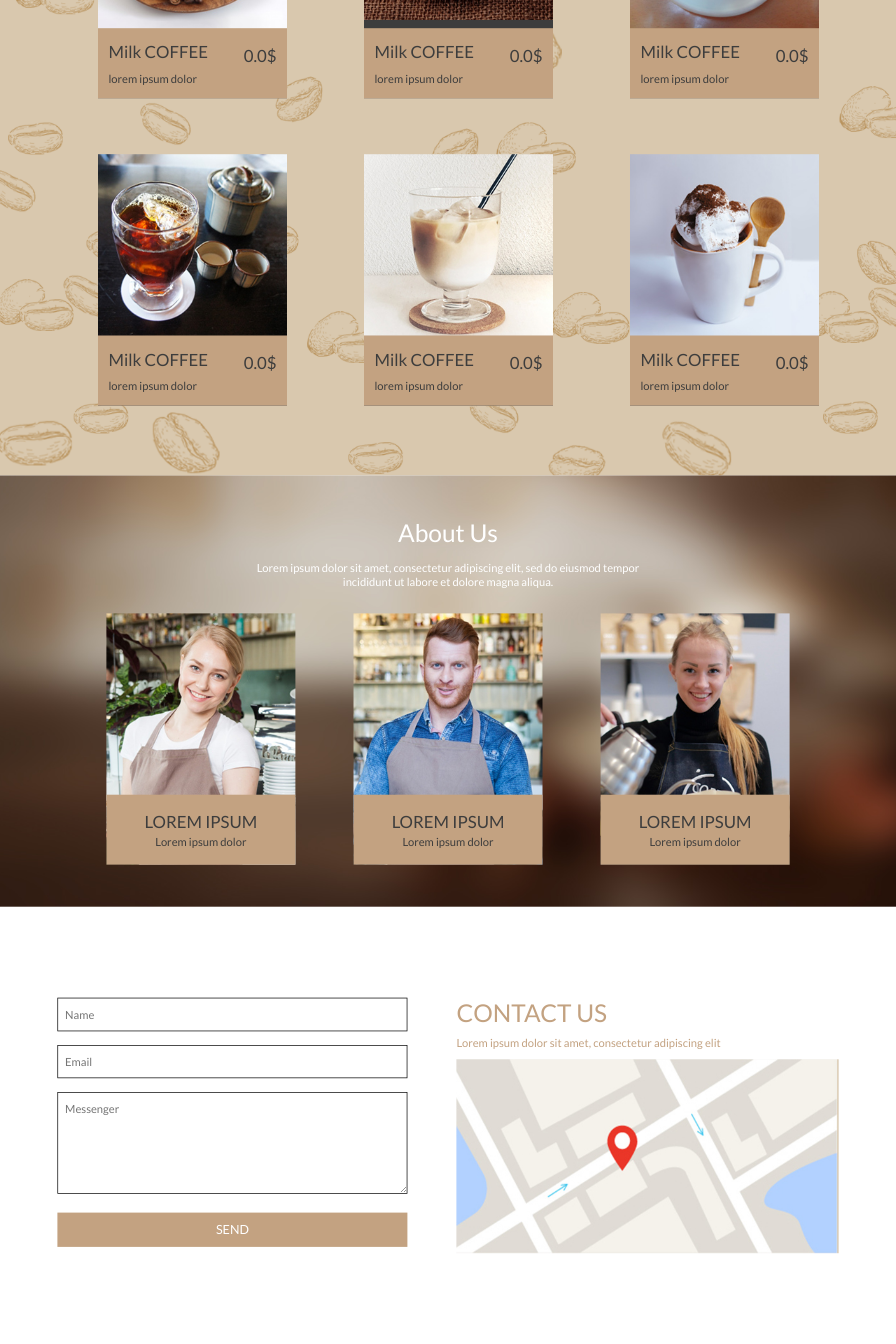
Repository: kuluong2000/coffe
Page: index.html
These files come from the project's save history. The page is drawn as it stood at one moment and after the next save; the edit follows.
The browser window is 1280 px wide. The pictures show the part of the page from y = 1676 to 3596 px (the page is 3596 px tall), at 70% of full size.

Above is the page before, as saved 2021-10-04 23:11:32.

### index.html
<!DOCTYPE html>
<html lang="en">
  <head>
    <meta charset="UTF-8" />
    <meta http-equiv="X-UA-Compatible" content="IE=edge" />
    <meta name="viewport" content="width=device-width, initial-scale=1.0" />
    <link rel="stylesheet" href="./libs/css/bootstrap.min.css" />
    <link rel="stylesheet" href="./libs/css/animate.css" />
    <link rel="stylesheet" href="./libs/css/slick-theme.css" />
    <link rel="stylesheet" href="./libs/css/slick.css" />
    <link rel="stylesheet" href="./Assets/css/reset.css" />
    <link rel="stylesheet" href="./Assets/css/style.css" />
    <link rel="stylesheet" href="./Assets/css/responsive.css" />
    <title>Document</title>
  </head>
  <body>
    <header class="header">
      <div class="container">
        <div class="row">
          <div class="header-main">
            <div class="header-menu">
              <a href="#">
                <img src="./Assets/image/logo.png" alt="" srcset="" />
              </a>
            </div>
            <nav>
              <ul class="header-menu">
                <li class="header-menu-item"><a href="#" class="header-menu-link">Home</a></li>
                <li class="header-menu-item"><a href="#" class="header-menu-link">Our Story</a></li>
                <li class="header-menu-item"><a href="#" class="header-menu-link">Menu</a></li>
                <li class="header-menu-item"><a href="#" class="header-menu-link">Order</a></li>
                <li class="header-menu-item"><a href="#" class="header-menu-link">About Us</a></li>
                <li class="header-menu-item"><a href="#" class="header-menu-link">Contact</a></li>
                <li class="header-menu-item"><a href="#" class="header-menu-link">Cart</a></li>
              </ul>
            </nav>
          </div>
        </div>
      </div>
    </header>
    <main>
      <section class="banner">
        <div class="banner-img">
          <img src="./Assets/image/banner.jpg" alt="" srcset="" />
        </div>
        <div class="container">
          <div class="row">
            <div class="banner-main">
              <div class="banner-content">
                <h1 class="banner-heading">HELLO COFFEE</h1>
                <p class="banner-desc">Lorem ipsum dolor sit amet, consectetur adipiscing elit, sed do eiusmod tempor incididunt ut labore et...</p>
                <a href="#" class="btn"> Read More </a>
              </div>
            </div>
          </div>
        </div>
      </section>
      <section class="story">
        <div class="container">
          <div class="row">
            <div class="story-main">
              <div class="story-media">
                <div class="story-image">
                  <img src="./Assets/image/story.jpg" alt="" />
                </div>
              </div>
              <div class="story-info">
                <div class="story-title">Our Story</div>
                <p class="story-desc">
                  Lorem ipsum dolor sit amet, consectetur adipiscing elit, sed do eiusmod tempor incididunt ut labore et dolore magna aliqua.
                  <br />
                  Ut enim ad minim veniam, quis nostrud exercitation ullamco laboris nisi ut aliquip ex ea commodo consequat.
                </p>
                <a href="#" class="btn">Read More</a>
              </div>
            </div>
          </div>
        </div>
      </section>
      <section class="menu">
        <div class="container">
          <div class="row">
            <div class="menu-main">
              <div class="box">
                <h2 class="title menu-box-title">Menu</h2>
                <p class="desc menu-box-desc">Lorem ipsum dolor sit amet, consectetur adipiscing elit, sed do eiusmod tempor incididunt ut labore et dolore magna aliqua.</p>
              </div>
              <div class="menu-list">
                <div class="menu-item">
                  <div class="menu-item-image">
                    <img src="./Assets/image/menu_img1.jpg" alt="" />
                  </div>
                  <div class="menu-item-info">
                    <div class="menu-item-content">
                      <h2 class="menu-item-name">Milk COFFEE</h2>
                      <p class="menu-item-desc">lorem ipsum dolor</p>
                    </div>
                    <p class="menu-item-price">0.0$</p>
                  </div>
                </div>
                <div class="menu-item">
                  <div class="menu-item-image">
                    <img src="./Assets/image/menu_img2.jpg" alt="" />
                  </div>
                  <div class="menu-item-info">
                    <div class="menu-item-content">
                      <h2 class="menu-item-name">Milk COFFEE</h2>
                      <p class="menu-item-desc">lorem ipsum dolor</p>
                    </div>
                    <p class="menu-item-price">0.0$</p>
                  </div>
                </div>
                <div class="menu-item">
                  <div class="menu-item-image">
                    <img src="./Assets/image/menu_img3.jpg" alt="" />
                  </div>
                  <div class="menu-item-info">
                    <div class="menu-item-content">
                      <h2 class="menu-item-name">Milk COFFEE</h2>
                      <p class="menu-item-desc">lorem ipsum dolor</p>
                    </div>
                    <p class="menu-item-price">0.0$</p>
                  </div>
                </div>
                <div class="menu-item">
                  <div class="menu-item-image">
                    <img src="./Assets/image/menu_img4.jpg" alt="" />
                  </div>
                  <div class="menu-item-info">
                    <div class="menu-item-content">
                      <h2 class="menu-item-name">Milk COFFEE</h2>
                      <p class="menu-item-desc">lorem ipsum dolor</p>
                    </div>
                    <p class="menu-item-price">0.0$</p>
                  </div>
                </div>
                <div class="menu-item">
                  <div class="menu-item-image">
                    <img src="./Assets/image/menu_img5.jpg" alt="" />
                  </div>
                  <div class="menu-item-info">
                    <div class="menu-item-content">
                      <h2 class="menu-item-name">Milk COFFEE</h2>
                      <p class="menu-item-desc">lorem ipsum dolor</p>
                    </div>
                    <p class="menu-item-price">0.0$</p>
                  </div>
                </div>
                <div class="menu-item">
                  <div class="menu-item-image">
                    <img src="./Assets/image/menu_img6.jpg" alt="" />
                  </div>
                  <div class="menu-item-info">
                    <div class="menu-item-content">
                      <h2 class="menu-item-name">Milk COFFEE</h2>
                      <p class="menu-item-desc">lorem ipsum dolor</p>
                    </div>
                    <p class="menu-item-price">0.0$</p>
                  </div>
                </div>
              </div>
            </div>
          </div>
        </div>
      </section>
      <section class="about">
        <div class="container">
          <div class="row">
            <div class="about-main">
              <div class="box">
                <h2 class="title">About Us</h2>
                <p class="desc">Lorem ipsum dolor sit amet, consectetur adipiscing elit, sed do eiusmod tempor incididunt ut labore et dolore magna aliqua.</p>
              </div>
              <div class="about-list">
                <div class="about-item">
                  <div class="about-avatar">
                    <img src="/Assets/image/about_img1.jpg" alt="" />
                  </div>
                  <div class="about-info">
                    <h2 class="about-name">Lorem Ipsum</h2>
                    <p class="about-position">Lorem ipsum dolor</p>
                    <a href="#" class="btn about-btn">Read More</a>
                  </div>
                </div>
                <div class="about-item">
                  <div class="about-avatar">
                    <img src="/Assets/image/about_img2.jpg" alt="" />
                  </div>
                  <div class="about-info">
                    <h2 class="about-name">Lorem Ipsum</h2>
                    <p class="about-position">Lorem ipsum dolor</p>
                    <a href="#" class="btn about-btn">Read More</a>
                  </div>
                </div>
                <div class="about-item">
                  <div class="about-avatar">
                    <img src="/Assets/image/about_img3.jpg" alt="" />
                  </div>
                  <div class="about-info">
                    <h2 class="about-name">Lorem Ipsum</h2>
                    <p class="about-position">Lorem ipsum dolor</p>
                    <a href="#" class="btn about-btn">Read More</a>
                  </div>
                </div>
              </div>
            </div>
          </div>
        </div>
      </section>
      <section class="contact">
        <div class="container">
          <div class="row">
            <div class="contact-main">
              <div class="contact-form">
                <form action="">
                  <input type="text" placeholder="Name" />
                  <input type="email" name="" id="" placeholder="Email" />
                  <textarea name="" id="" cols="30" rows="10" placeholder="Messenger"></textarea>
                  <a href="#" class="btn form-btn">Send</a>
                </form>
              </div>
              <div class="contact-map">
                <h2 class="contact-name">Contact Us</h2>
                <p class="contact-desc">Lorem ipsum dolor sit amet, consectetur adipiscing elit</p>
                <img src="./Assets/image/contact_img.jpg" alt="" />
              </div>
            </div>
          </div>
        </div>
      </section>
    </main>

    <script src="./libs/Js/jquery-3.5.1.slim.min.js"></script>
    <script src="./libs/Js/bootstrap.min.js"></script>
    <script src="./libs/Js/slick.min.js"></script>
    <script src="./libs/Js/wow.js"></script>
  </body>
</html>

### Assets/css/reset.css
html, body, div, span, applet, object, iframe,
h1, h2, h3, h4, h5, h6, p, blockquote, pre,
a, abbr, acronym, address, big, cite, code,
del, dfn, em, img, ins, kbd, q, s, samp,
small, strike, strong, sub, sup, tt, var,
b, u, i, center,
dl, dt, dd, ol, ul, li,
fieldset, form, label, legend,
table, caption, tbody, tfoot, thead, tr, th, td,
article, aside, canvas, details, embed,
figure, figcaption, footer, header, hgroup,
menu, nav, output, ruby, section, summary,
time, mark, audio, video {
	margin: 0;
	padding: 0;
	border: 0;
	font-size: 100%;
	vertical-align: baseline;
}
/* HTML5 display-role reset for older browsers */
article, aside, details, figcaption, figure,
footer, header, hgroup, menu, nav, section {
	display: block;
}
* {
	box-sizing: border-box;
}
body {
	line-height: 1;
  font-family: 'Muli', sans-serif;


  font-style: normal;
  font-weight: normal;
  font-size: 16px;
  line-height: 32px;
}
ol, ul {
	list-style: none;
}
blockquote, q {
	quotes: none;
}
blockquote:before, blockquote:after,
q:before, q:after {
	content: '';
	content: none;
}
table {
	border-collapse: collapse;
	border-spacing: 0;
}

img {
  max-width: 100%;
	vertical-align: bottom;
}
a {
	outline: none;
}

### Assets/css/style.css
@import url('https://fonts.googleapis.com/css2?family=Lato:ital,wght@0,400;0,700;0,900;1,300;1,400;1,700;1,900&display=swap');
*{
    padding: 0;
    margin: 0;
    box-sizing: border-box;
}
body{
    font-family: 'Lato', sans-serif;
    font-size: 16px;
    line-height: 1.6;
    color: #3d3d3d;
    font-weight: 400;
}

.header{
    position: absolute;
    width: 100%;
    background-color: rgba(0,0,0 , 0.5);
    padding: 20px 0 20px;
    z-index: 99;
}
.header-main{
    display:flex;
    justify-content: space-between;
    align-items: center;
}
.header-menu{
    display:flex;
    justify-content: space-between;
    align-items: center;
}
.header-menu-item{
    list-style-type: none;
}
.header-menu-item:not(:first-child){
    margin-left: 25px;
}
.header-menu-link{
    position: relative;
    color: white;
    text-transform: uppercase;
    text-decoration: none;
    font-size: 12px;
    padding-bottom: 7px;

}
.header-menu-link::before{
    content: '';
    position: absolute;
    bottom: 0;
    left:  0;
    height: 2px;
    width: 100%;
    background-color: #c3a281;
    transform: scale(0);
    transition: 0.5s;
    transform-origin: right;
}
.header-menu-link:hover,
.header-menu-link:hover::before{
    color: #c3a281;
    transform: scale(1);
}
.banner{
    position: relative;
    min-height: 660px;

}
.banner-img{
    position: relative;
    z-index: -1;
    object-fit: cover;
    width: 100%;
}
.banner-img img{
    width: 100%;
}

.banner-main{
    position: absolute;
    left: auto;
    top: 50%;
    transform: translateY(-50%);
    color: white;
    width: max-content;

}

.banner-heading{
    font-weight: 400;
    font-size: 48px;
    letter-spacing: 0.5px;
    margin-bottom: 40px;
}
.banner-desc{
    width: 390px;
    margin-bottom: 40px;
}
.btn{
    font-size: 18px;
    color: white;
    font-weight: 400;
    padding: 10px 30px;
    background-color: #c3a281;
    border-radius: 0%;
    text-transform: uppercase;
}
.btn:hover{
    color: white;
}
.story{
    padding-top: 95px;
    min-height: 600px;
}
.story-main{
    display:flex;
    padding: 0 70px;
    align-items: center;
}
.story-media{
    position: relative;
}
.story-icon-play{
    position: absolute;
    top: 50%;
    left: 50%;
    transform:translate(-50%,-50%);
}
.story-image{
    min-width: 600px;
    height: 100%;
    object-fit: cover;
}
.story-image img{
    width: 100%;
    height: 100%;
}
.story-info{
    margin-left: 30px;
}
.story-title{
    font-size: 35px;
    margin-bottom: 20px;
    text-transform: uppercase;
}
.story-desc{
    text-align: justify;
    margin-bottom: 40px;
    line-height: 20px;
}
.menu{

    padding-bottom: 100px;
    background: url(/Assets/image/menu_bg.png) no-repeat center / cover;
}
.menu-main{
    padding: 0;
}
.box{
    padding-top: 60px;
    margin: 0 auto;
    width: 100%;
    max-width: 570px;
    text-align: center  ;
}
.title{
    font-size: 35px;
    margin-bottom: 20px;
    color: white;
}
.desc{
    line-height: 20px;
    color: white;
    margin-bottom: 35px;
}
.menu-list{
    display: grid;
    grid-template-columns: repeat(3,1fr);
    grid-gap: 80px 110px;
    /* display: flex;
    flex-wrap: wrap; */
    padding: 0 70px;



}

.menu-item{
    /* width: calc((100% ) /3); */
    width: 270px;
    position: relative;

}
.menu-item:hover .menu-item-info{
    height: 130px;
    background-color: #3d3d3d;
    color: #c3a281;
}
.menu-item:hover .menu-item-price{
    display: none;
}
.menu-item:hover .menu-item-name{
    border-bottom: 2px solid #c3a281;
}
.menu-item-info{
    display: flex;
    justify-content: space-between;
    background-color: #c3a281;
    padding: 20px 15px;
    width: 270px;
    height: 100px;
    position: absolute;
    bottom: 0;
    left: 0;
    transition: all 0.5s ease;
}

.menu-item-name{
    font-size: 24px;
    margin-bottom: 10px;
}
.menu-item-price{
    font-size: 24px;
}
.about{
    padding-bottom: 60px;
    background: url(/Assets/image/about_bg.jpg) no-repeat center /  cover;
    min-height: 600px;
}
.about-list{
    padding: 0 70px;
    display:flex;
    justify-content: space-between;
    align-items: center;
}
.about-item{
    position: relative;
    width: 270px;
}
.about-avatar{
    max-width: 270px;
    height: 100%;
}
.about-avatar img{
    max-width: 100%;
}
.about-info{
    padding: 25px 0;
    text-align: center;
    width: 270px;
    height: 100px;
    position: absolute;
    bottom: 0;
    left: 0;
    background-color: #c3a281;
    transition: 0.5s;
}
.about-name{
    font-size: 24px;
    text-transform: uppercase;

}
.about-position{
    transition: 0.5s;
}
.about-btn{
    opacity: 0;
    visibility: hidden;
    width: max-content;
    margin: 0 auto;
}

.about-item:hover .about-info{
    height: 125px;
    background-color: #3d3d3d;
    color: #c3a281;
}

.about-item:hover .about-btn{
    margin-top: 5px;
    opacity: 1;
    visibility:visible;

}
.about-item:hover .about-position{
    display: none;
}
.contact{
    padding: 130px 0;
    min-height: 600px;
}
.contact-main{
    display:flex;
    justify-content: space-around;
    justify-items: center;

}
.contact-form{
    width: 100%;
    max-width: 500px;
    margin-right: 70px;
}
.contact-form input,
.contact-form textarea{
    width: 100%;
    border: 1px solid black;
    margin-bottom: 20px;
    padding:  10px;
    outline: none;

}
.contact-form textarea{
    height: 145px;
}
.form-btn{
    width: 100%;
}
.contact-name{
    font-size: 35px;
    color: #c3a281;
    margin-bottom: 10px;
    text-transform: uppercase;
}
.contact-desc{
    color: #c3a281;
    margin-bottom: 10px;
}
.contact-map img{
    width: 600px;
    height: 277px;
}

### Assets/css/responsive.css
@media (min-width:1400px){
    .container{
        max-width: 1170px;
    }
}

Loaded but not shown: libs/css/bootstrap.min.css (library); libs/css/animate.css (library); libs/css/slick-theme.css (library); libs/css/slick.css (common file); libs/Js/jquery-3.5.1.slim.min.js (library); libs/Js/bootstrap.min.js (library); libs/Js/slick.min.js (library); libs/Js/wow.js (library)

After the next save:
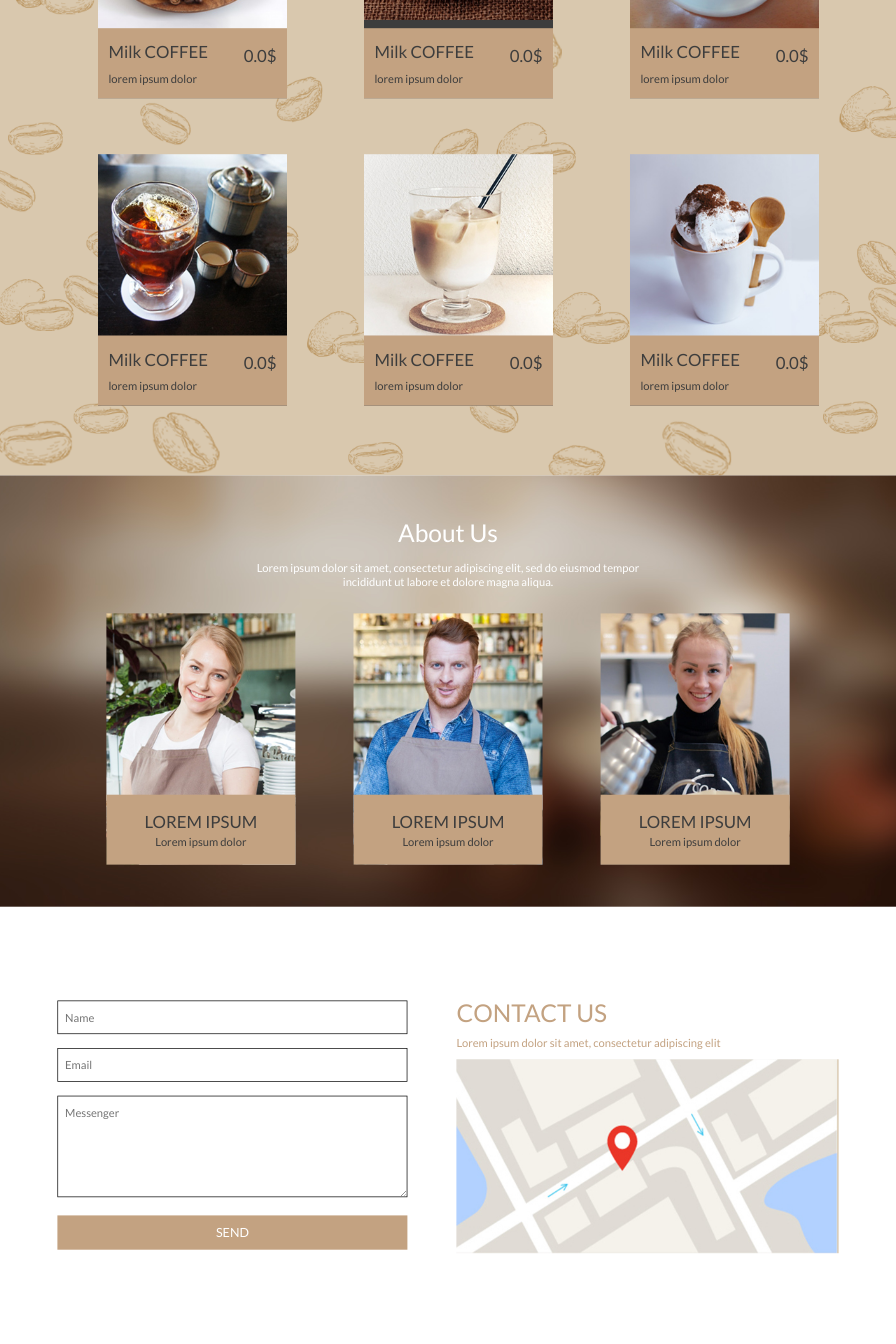
Saved 29 s later.
--- a/Assets/css/style.css
+++ b/Assets/css/style.css
@@ -291,14 +291,17 @@
 }
 .contact-main{
     display:flex;
-    justify-content: space-around;
-    justify-items: center;
+    justify-content: space-between;
+
 
 }
 .contact-form{
     width: 100%;
     max-width: 500px;
     margin-right: 70px;
+    display: flex;
+    flex-direction: column;
+    justify-content: space-around;
 }
 .contact-form input,
 .contact-form textarea{

After the save that followed:
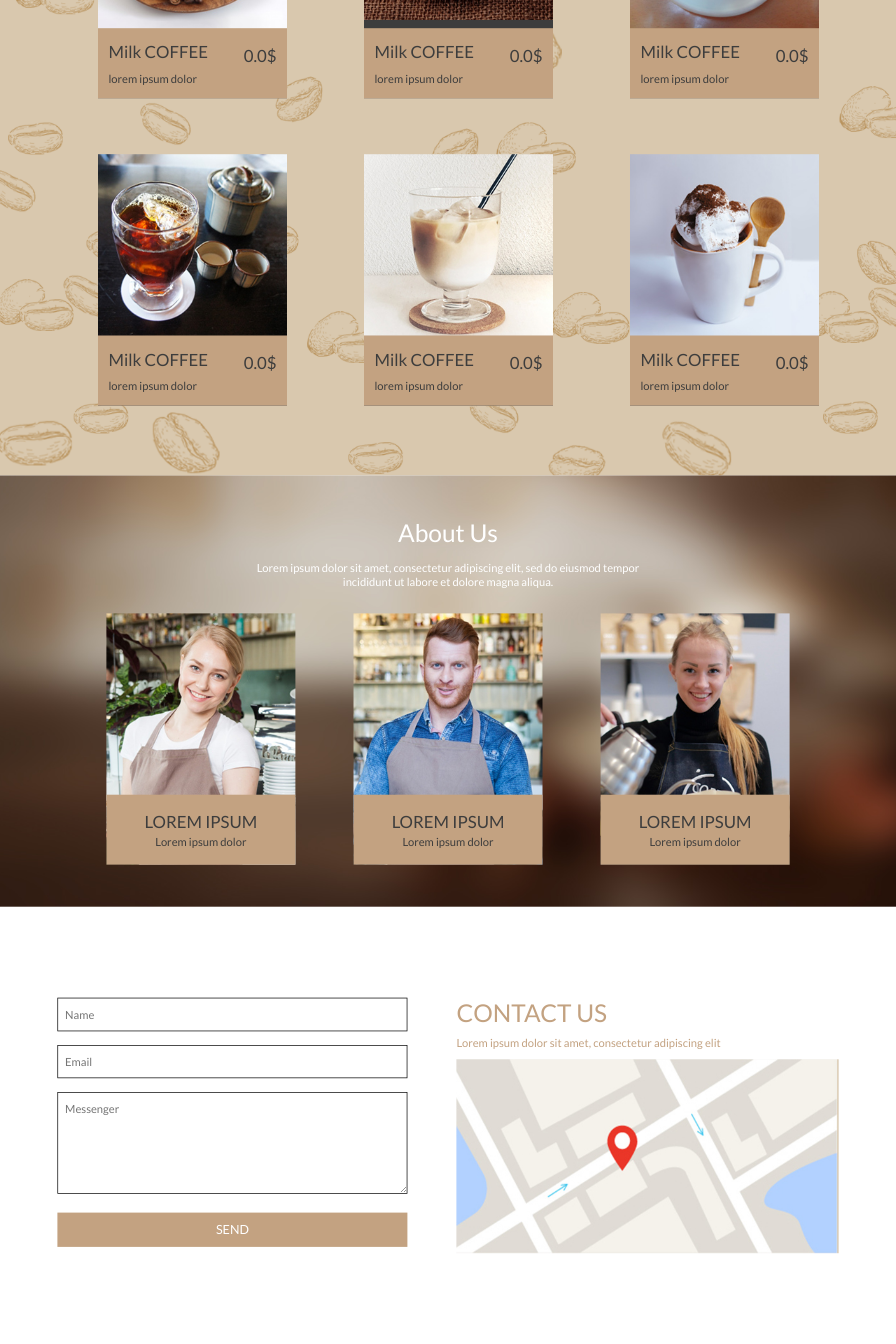
Saved 42 s later.
--- a/Assets/css/style.css
+++ b/Assets/css/style.css
@@ -299,9 +299,7 @@
     width: 100%;
     max-width: 500px;
     margin-right: 70px;
-    display: flex;
-    flex-direction: column;
-    justify-content: space-around;
+
 }
 .contact-form input,
 .contact-form textarea{
